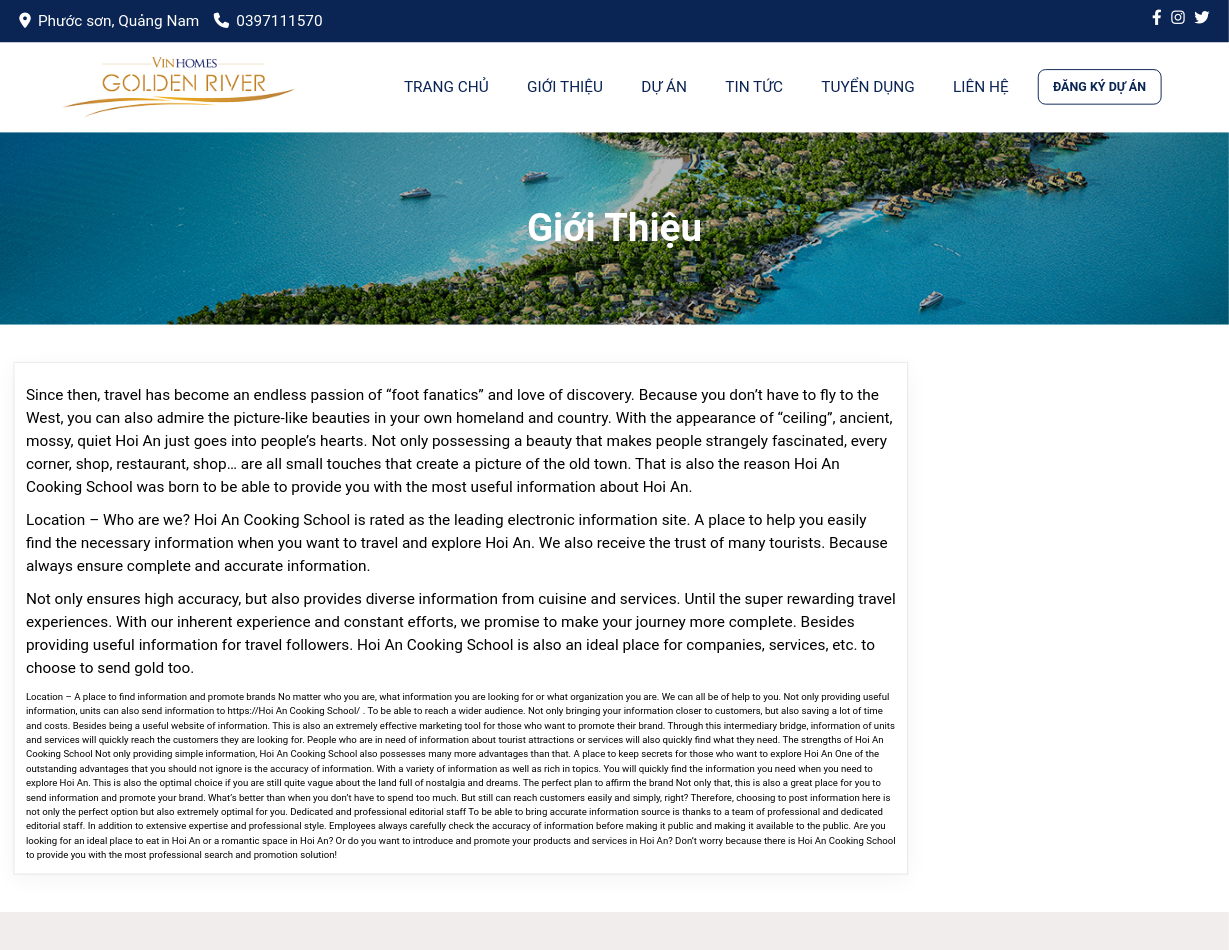
Repository: phamphuc2/fontend-bds
Page: about.html
An editor plug-in stored every save of this project. The page is shown before and after the next save, followed by the edit.
The browser window is 1280 px wide. The pictures show the part of the page from y = 0 to 990 px (the page is 1445 px tall before and 1573 px after), at 96% of full size.
Pictures or frames that could not be fetched are drawn as grey boxes. Some web libraries are served in a nearby version.

Above is the page before, as saved 2022-06-23 16:05:06.

### about.html
<!DOCTYPE html>
<html lang="en">

<head>
    <meta charset="UTF-8">
    <meta http-equiv="X-UA-Compatible" content="IE=edge">
    <meta name="viewport" content="width=device-width, initial-scale=1.0">
    <title>BDS</title>
    <!-- linl css -->
    <link rel="stylesheet" href="libs/slick/slick.css">
    <link rel="stylesheet" href="libs/slick/slick-theme.css">
    <link rel="stylesheet" href="./assets/css/bootstrap.css">
    <link rel="stylesheet" href="./assets/css/theme.css">
    <link rel="stylesheet" href="./assets/css/resposive.css">
    <link rel="stylesheet " href="./style.css ">
    <!-- link thư viện -->
    <link rel="stylesheet " href="https://cdnjs.cloudflare.com/ajax/libs/font-awesome/6.1.1/css/all.min.css ">
    <!-- link font -->
    <link rel="preconnect" href="https://fonts.googleapis.com">
    <link rel="preconnect" href="https://fonts.gstatic.com" crossorigin>
    <link
        href="https://fonts.googleapis.com/css2?family=Roboto+Flex:opsz,wght@8..144,200;8..144,300;8..144,400;8..144,500;8..144,600;8..144,700;8..144,800;8..144,900&display=swap"
        rel="stylesheet">
</head>

<body>
    <!-- Header -->
    <header class="header">
        <div class="header-top">
            <div class="container">
                <div class="inner">
                    <div class="box-left">
                        <div class="map">
                            <i class="fa-solid fa-location-dot"></i>
                            <span>Phước sơn, Quảng Nam</span>
                        </div>
                        <div class="phone">
                            <i class="fa-solid fa-phone"></i>
                            <span>0397111570</span>
                        </div>
                    </div>
                    <div class="box-right">
                        <ul class="list-info">
                            <li class="item">
                                <a href="">
                                    <i class="fa-brands fa-facebook-f"></i>
                                </a>
                            </li>
                            <li class="item">
                                <a href="">
                                    <i class="fa-brands fa-instagram"></i>
                                </a>
                            </li>
                            <li class="item">
                                <a href="">
                                    <i class="fa-brands fa-twitter"></i>
                                </a>
                            </li>
                        </ul>
                    </div>
                </div>
            </div>
        </div>

        <div class="header-bottom">
            <div class="container">
                <div class="inner">
                    <div class="header-bottom-left">
                        <a href="#">
                            <div class="logo">
                                <img src="./assets/images/logo.png" alt="">
                            </div>
                        </a>
                    </div>
                    <div class="header-bottom-right">
                        <ul class="menu">
                            <li>
                                <a href="./index.html">Trang chủ</a>
                            </li>
                            <li>
                                <a href="./about.html">Giới Thiệu</a>
                            </li>
                            <li>
                                <a href="./taxonomy.html">Dự Án</a>
                            </li>
                            <li>
                                <a href="./taxonomy.html">Tin Tức</a>
                            </li>
                            <li>
                                <a href="./blogs.html">Tuyển Dụng</a>
                            </li>
                            <li>
                                <a href="./contact.html">Liên hệ</a>
                            </li>
                        </ul>
                        <div class="wrapper btn-project">
                            <a class="modal-toggle">ĐĂNG KÝ DỰ ÁN</a>
                        </div>
                        <div class="modal">
                            <div class="modal-overlay modal-toggle"></div>
                            <div class="modal-wrapper modal-transition">
                                <div class="modal-header inner-top">
                                    <button class="modal-close modal-toggle ">x</button>
                                    <h2 class="title">LIÊN HỆ</h2>
                                    <div class="is-drive"></div>
                                </div>
                                <div class="modal-body">
                                    <div class="form-contact-home">
                                        <div role="form" class="wpcf7" id="wpcf7-f80-o1" lang="en-US" dir="ltr">
                                            <form action="" class="wpcf7-form init">
                                                <span class="wpcf7-form-control-wrap your-name"><input type="text"
                                                        name="your-name" value="" size="40"
                                                        class="wpcf7-form-control wpcf7-text wpcf7-validates-as-required"
                                                        aria-required="true" aria-invalid="false"
                                                        placeholder="Tên của bạn"></span>
                                                <span class="wpcf7-form-control-wrap your-name"><input type="text"
                                                        name="your-name" value="" size="40"
                                                        class="wpcf7-form-control wpcf7-text wpcf7-validates-as-required"
                                                        aria-required="true" aria-invalid="false"
                                                        placeholder="Địa chỉ email của bạn"></span>
                                                <span class="wpcf7-form-control-wrap your-name"><input type="text"
                                                        name="your-name" value="" size="40"
                                                        class="wpcf7-form-control wpcf7-text wpcf7-validates-as-required"
                                                        aria-required="true" aria-invalid="false"
                                                        placeholder="Số điện thoại của bạn"></span>
                                                <span class="wpcf7-form-control-wrap your-title"><textarea
                                                        name="your-title" cols="40" rows="10"
                                                        class="wpcf7-form-control wpcf7-textarea wpcf7-validates-as-required"
                                                        aria-required="true" aria-invalid="false"
                                                        placeholder="Nội dung yêu cầu dự án..."></textarea></span>
                                                <div class="btn-submit">
                                                    <input type="submit" value="Gửi yêu cầu"
                                                        class="wpcf7-form-control has-spinner wpcf7-submit"><span
                                                        class="wpcf7-spinner"></span>
                                                </div>
                                                <div class="wpcf7-response-output" aria-hidden="true"></div>
                                            </form>
                                        </div>
                                    </div>
                                </div>
                            </div>
                        </div>
                    </div>
                    <div class="icon menu-mobile-icon">
                        <svg xmlns="http://www.w3.org/2000/svg" width="16" height="16" fill="currentColor"
                            class="bi bi-list" viewBox="0 0 16 16">
                            <path fill-rule="evenodd"
                                d="M2.5 12a.5.5 0 0 1 .5-.5h10a.5.5 0 0 1 0 1H3a.5.5 0 0 1-.5-.5zm0-4a.5.5 0 0 1 .5-.5h10a.5.5 0 0 1 0 1H3a.5.5 0 0 1-.5-.5zm0-4a.5.5 0 0 1 .5-.5h10a.5.5 0 0 1 0 1H3a.5.5 0 0 1-.5-.5z" />
                        </svg>
                    </div>
                </div>
            </div>
        </div>
    </header>
    <!-- End header -->

    <!-- menu-mobile -->
    <div class="menu-mobile">
        <div class="menu-top">
            <a href="#">
                <div class="logo">
                    <img src="./assets/images/logo.png" alt="">
                </div>
            </a>
            <div class="icon-close">
                <svg xmlns="http://www.w3.org/2000/svg" width="16" height="16" fill="currentColor" class="bi bi-x-lg"
                    viewBox="0 0 16 16">
                    <path
                        d="M2.146 2.854a.5.5 0 1 1 .708-.708L8 7.293l5.146-5.147a.5.5 0 0 1 .708.708L8.707 8l5.147 5.146a.5.5 0 0 1-.708.708L8 8.707l-5.146 5.147a.5.5 0 0 1-.708-.708L7.293 8 2.146 2.854Z" />
                </svg>
            </div>
        </div>
        <ul class="menu">
            <li>
                <a href="./index.html">Trang chủ</a>
            </li>
            <li>
                <a href="./about.html">Giới Thiệu</a>
            </li>
            <li>
                <a href="./taxonomy.html">Dự Án</a>
            </li>
            <li>
                <a href="./taxonomy.html">Tin Tức</a>
            </li>
            <li>
                <a href="./blogs.html">Tuyển Dụng</a>
            </li>
            <li>
                <a href="./contact.html">Liên hệ</a>
            </li>
        </ul>
    </div>
    <div class="overlays"></div>
    <!-- end-menu-mobile -->

    <section class="banner">
        <div class="overlay"></div>
        <div class="container">
            <h2 class="title">Giới Thiệu</h2>
        </div>
    </section>
    <section class="page-about">

        <div class="container">
            <div class="row">
                <div class="col-lg-9">
                    <div class="content">
                       <p>
                            Since then, travel has become an endless passion of “foot fanatics” and love of discovery.
                            Because you don’t have to fly to the West, you can also admire the picture-like beauties in your
                            own homeland and country. With the appearance of “ceiling”, ancient, mossy, quiet Hoi An just
                            goes into people’s hearts. Not only possessing a beauty that makes people strangely fascinated,
                            every corner, shop, restaurant, shop… are all small touches that create a picture of the old
                            town. That is also the reason Hoi An Cooking School was born to be able to provide you with the
                            most useful information about Hoi An.
                       </p>

                       <p>
                            Location – Who are we?
                            Hoi An Cooking School is rated as the leading electronic information site. A place to help you
                            easily find the necessary information when you want to travel and explore Hoi An. We also
                            receive the trust of many tourists. Because always ensure complete and accurate information.
                       </p>

                        <p>
                            Not only ensures high accuracy, but also provides diverse information from cuisine and services.
                        Until the super rewarding travel experiences. With our inherent experience and constant efforts,
                        we promise to make your journey more complete. Besides providing useful information for travel
                        followers. Hoi An Cooking School is also an ideal place for companies, services, etc. to choose
                        to send gold too.
                        </p>

                        Location – A place to find information and promote brands
                        No matter who you are, what information you are looking for or what organization you are. We can
                        all be of help to you. Not only providing useful information, units can also send information to
                        https://Hoi An Cooking School/ . To be able to reach a wider audience. Not only bringing your
                        information closer to customers, but also saving a lot of time and costs.

                        Besides being a useful website of information. This is also an extremely effective marketing
                        tool for those who want to promote their brand. Through this intermediary bridge, information of
                        units and services will quickly reach the customers they are looking for. People who are in need
                        of information about tourist attractions or services will also quickly find what they need.

                        The strengths of Hoi An Cooking School
                        Not only providing simple information, Hoi An Cooking School also possesses many more advantages
                        than that.

                        A place to keep secrets for those who want to explore Hoi An
                        One of the outstanding advantages that you should not ignore is the accuracy of information.
                        With a variety of information as well as rich in topics. You will quickly find the information
                        you need when you need to explore Hoi An. This is also the optimal choice if you are still quite
                        vague about the land full of nostalgia and dreams.

                        The perfect plan to affirm the brand
                        Not only that, this is also a great place for you to send information and promote your brand.
                        What’s better than when you don’t have to spend too much. But still can reach customers easily
                        and simply, right? Therefore, choosing to post information here is not only the perfect option
                        but also extremely optimal for you.

                        Dedicated and professional editorial staff
                        To be able to bring accurate information source is thanks to a team of professional and
                        dedicated editorial staff. In addition to extensive expertise and professional style. Employees
                        always carefully check the accuracy of information before making it public and making it
                        available to the public.

                        Are you looking for an ideal place to eat in Hoi An or a romantic space in Hoi An? Or do you
                        want to introduce and promote your products and services in Hoi An? Don’t worry because there is
                        Hoi An Cooking School to provide you with the most professional search and promotion solution!
                    </div>
                </div>
                <div class="col-lg-3">

                </div>
            </div>
        </div>
    </section>


    <!-- footer -->
    <footer class="footer">
        <div class="footer-top">
            <div class="container">
                <div class="row">
                    <div class="col-lg-6">
                        <div class="box-left">
                            <a href="" class="logo">
                                <img src="./assets/images/logo.png" alt="">
                            </a>
                            <div class="name-cty">CÔNG TY CỔ PHẦN DỊCH VỤ & ĐỊA ỐC BDS</div>
                            <ul class="list-info">
                                <li class="item">
                                    <strong>- Địa chỉ:</strong>
                                    Phước sơn, Quảng Nam
                                </li>
                                <li class="item">
                                    <a href="">
                                        <strong>- Hotline:</strong>
                                        0397111570
                                    </a>
                                </li>
                                <li class="item">
                                    <a href="">
                                        <strong>- Email:</strong>
                                        0397111570
                                    </a>
                                </li>
                                <li class="item">
                                    <a href="">
                                        <strong>- Website:</strong>
                                        0397111570
                                    </a>
                                </li>
                            </ul>
                        </div>
                    </div>
                    <div class="col-lg-6">
                        <div class="box-right">
                            <iframe
                                src="https://www.google.com/maps/embed?pb=!1m18!1m12!1m3!1d3833.828583004772!2d108.17859985059002!3d16.074382643514532!2m3!1f0!2f0!3f0!3m2!1i1024!2i768!4f13.1!3m3!1m2!1s0x314218fb7240f30b%3A0x2e34fb5aa125e806!2zMSDEkOG6t25nIMSQw6xuaCBWw6JuLCBUaGFuaCBLaMOqIMSQw7RuZywgVGhhbmggS2jDqiwgxJDDoCBO4bq1bmcsIFZp4buHdCBOYW0!5e0!3m2!1svi!2s!4v1654737063418!5m2!1svi!2s"
                                style="border:0;" allowfullscreen="" loading="lazy"
                                referrerpolicy="no-referrer-when-downgrade"></iframe>
                        </div>
                    </div>
                </div>
            </div>
        </div>
        <div class="footer-bottom">
            <div class="container">
                <div class="copy-right">Phát triển và duy trì bởi Maxweb.vn</div>
            </div>
        </div>
    </footer>
    <!-- footer -->
    <div class="btn-goToTop">
        <div class="image">
            <img src="./assets/images/ic-up.png" alt="">
        </div>
    </div>
    <script src="./assets/js/jquery.min.js"></script>
    <script src="libs/slick/slick.min.js"></script>
    <script src="./assets/js/theme.js"></script>
</body>

</html>

### assets/css/resposive.css
@media (max-width: 1399px) {}

@media (max-width: 1199px) {}

@media (max-width: 991px) {
    .header .header-bottom .inner{
        justify-content: space-between;
    }
    .header .header-bottom .inner .header-bottom-right{
        display: none;
    }
    .header .header-bottom .menu-mobile-icon{
        display: block;
    }
    .header .header-bottom .menu-mobile-icon svg{
        width: 20px;
        height: 20px;
    }
    .overlays {
        width: 100%;
        height: 100vh;
        background-color: rgba(0, 0, 0, 0.8);
        display: none;
        position: fixed;
        top: 0%;
        left: 0%;
        opacity: 1;
        z-index: 999999999;
    }
    .overlays.open {
        display: block;
    }

    .new .arrow{
        display: none;
    }
}

@media (max-width: 767px) {
    .header .header-top .inner .box-left .map span, .header .header-top .inner .box-left .phone span {
        font-size: 1.2rem;
    }
    .header .header-bottom .inner .header-bottom-left .logo img{
        max-width: 150px;
    }
}

@media (max-width: 650px) {}

@media (max-width: 574px) {}

Loaded but not shown: libs/slick/slick.css (common file); libs/slick/slick-theme.css (library); assets/css/bootstrap.css (library); assets/js/jquery.min.js (library); libs/slick/slick.min.js (library); assets/js/theme.js (126 lines, source omitted); assets/css/theme.css (1161 lines, source omitted); style.css (178 lines, source omitted)

After the next save:
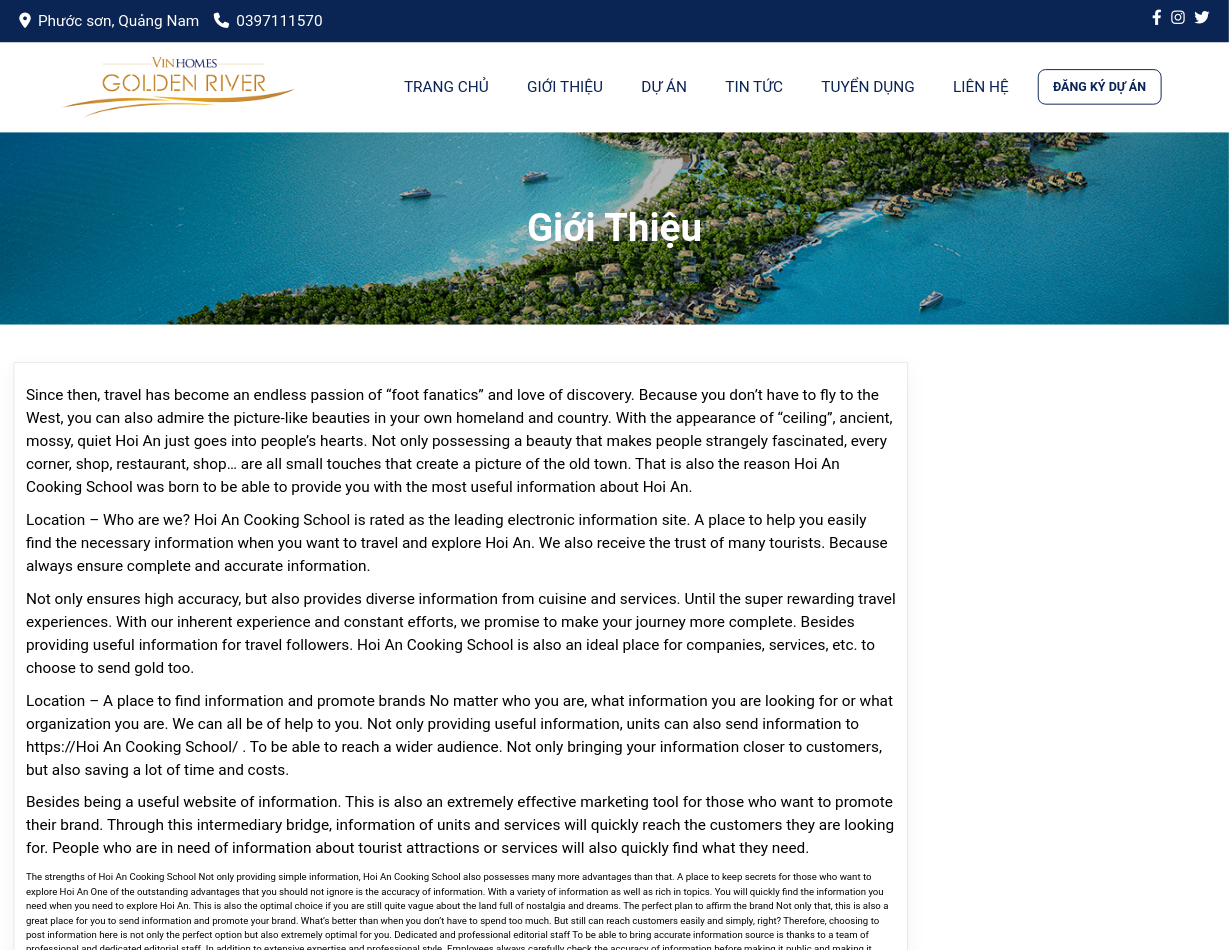
Saved 19 s later.
--- a/about.html
+++ b/about.html
@@ -225,22 +225,26 @@
 
                         <p>
                             Not only ensures high accuracy, but also provides diverse information from cuisine and services.
-                        Until the super rewarding travel experiences. With our inherent experience and constant efforts,
-                        we promise to make your journey more complete. Besides providing useful information for travel
-                        followers. Hoi An Cooking School is also an ideal place for companies, services, etc. to choose
-                        to send gold too.
+                            Until the super rewarding travel experiences. With our inherent experience and constant efforts,
+                            we promise to make your journey more complete. Besides providing useful information for travel
+                            followers. Hoi An Cooking School is also an ideal place for companies, services, etc. to choose
+                            to send gold too.
                         </p>
 
-                        Location – A place to find information and promote brands
-                        No matter who you are, what information you are looking for or what organization you are. We can
-                        all be of help to you. Not only providing useful information, units can also send information to
-                        https://Hoi An Cooking School/ . To be able to reach a wider audience. Not only bringing your
-                        information closer to customers, but also saving a lot of time and costs.
-
-                        Besides being a useful website of information. This is also an extremely effective marketing
-                        tool for those who want to promote their brand. Through this intermediary bridge, information of
-                        units and services will quickly reach the customers they are looking for. People who are in need
-                        of information about tourist attractions or services will also quickly find what they need.
+                       <p>
+                            Location – A place to find information and promote brands
+                            No matter who you are, what information you are looking for or what organization you are. We can
+                            all be of help to you. Not only providing useful information, units can also send information to
+                            https://Hoi An Cooking School/ . To be able to reach a wider audience. Not only bringing your
+                            information closer to customers, but also saving a lot of time and costs.
+                       </p>
+
+                        <p>
+                            Besides being a useful website of information. This is also an extremely effective marketing
+                            tool for those who want to promote their brand. Through this intermediary bridge, information of
+                            units and services will quickly reach the customers they are looking for. People who are in need
+                            of information about tourist attractions or services will also quickly find what they need.
+                        </p>
 
                         The strengths of Hoi An Cooking School
                         Not only providing simple information, Hoi An Cooking School also possesses many more advantages
